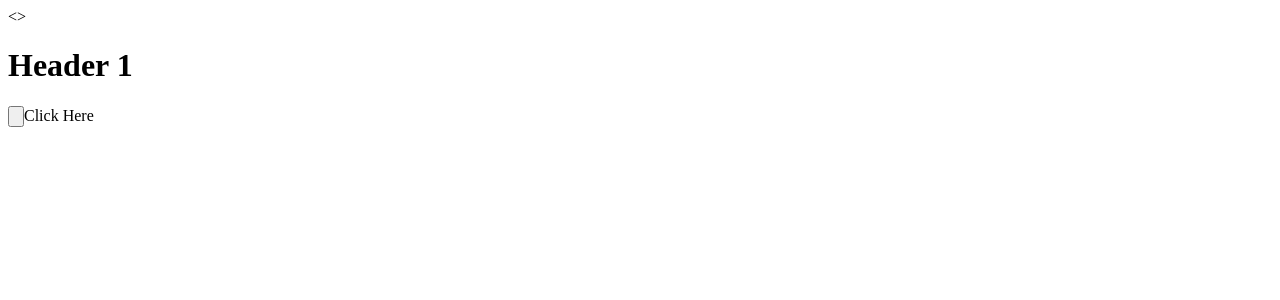
Repository: beefybroccoli/vanilla_javascript
Page: index.html
These files come from the project's save history. The page is drawn as it stood at one moment and after a run of saves; the edit follows.
The browser window is 1280 px wide. The pictures show the whole page.

Above is the page before, as saved 2022-04-19 12:46:10.

### index.html
<!DOCTYPE html>
<html>
    <Head>

    </Head>
    <>

        <main>
            <h1>Header 1</h1>
        </main>

        <input type="button" onclick = "service.js">Click Here

    </body>
</html>

After the next 3 saves:
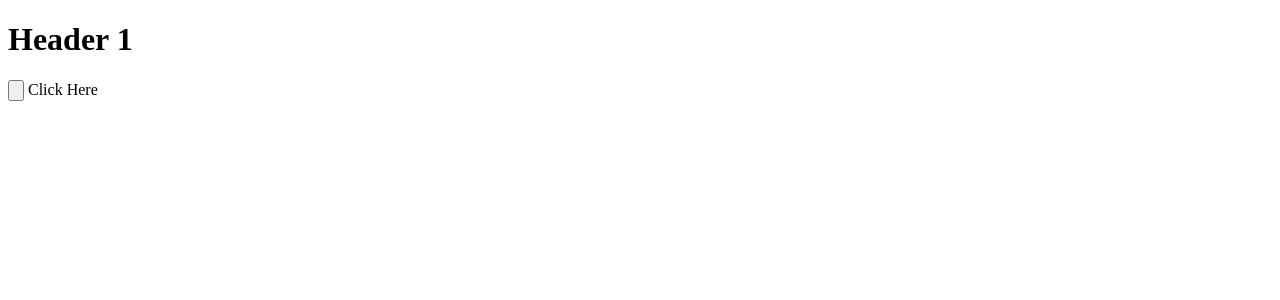
The 3 saves are shown as one change because they came seconds apart.
The last was saved 12 s later.
--- a/index.html
+++ b/index.html
@@ -3,13 +3,13 @@
     <Head>
 
     </Head>
-    <>
+    <hinput>
 
         <main>
             <h1>Header 1</h1>
         </main>
 
-        <input type="button" onclick = "service.js">Click Here
+        <input type="button" onclick = "service.js"> Click Here</hinput>
 
     </body>
 </html>
